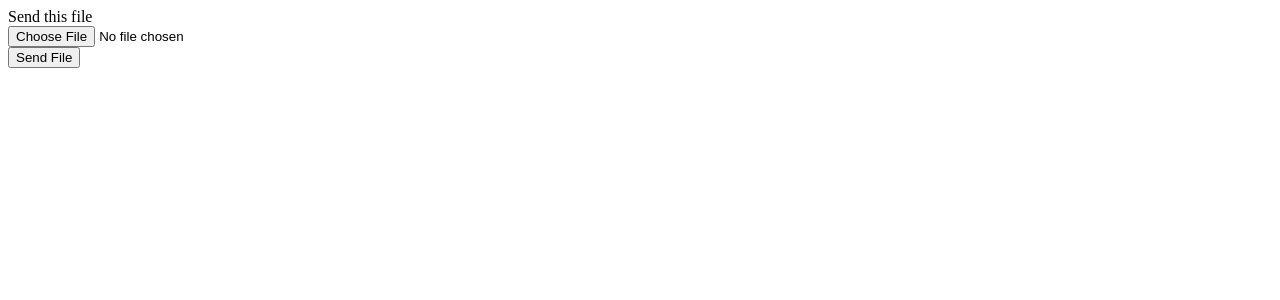
Repository: anhtu2110/backend
Page: http://localhost/backend/section-15-file/upload_files/index.php
An editor plug-in stored every save of this project. The page is shown before and after the next save, followed by the edit.
The browser window is 1280 px wide. The pictures show the whole page.
The page is run by PHP 8.4 with error messages shown; the project is at /var/www/html/.

Above is the page before, as saved 2022-12-12 17:06:06.

### section-15-file/upload_files/index.php
<!DOCTYPE html>
<html lang="en">

<head>
    <meta charset="UTF-8">
    <meta http-equiv="X-UA-Compatible" content="IE=edge">
    <meta name="viewport" content="width=device-width, initial-scale=1.0">
    <title>Tổng quan upload file lên server</title>
</head>

<body>
    <form action="upload.php" enctype="multipart/form-data" method="POST">
        <label for="file">Send this file</label> <br>
        <input type="file" name="file" id="file"> <br>
        <input type="submit" value="Send File">
    </form>
</body>

</html>

After the next save:
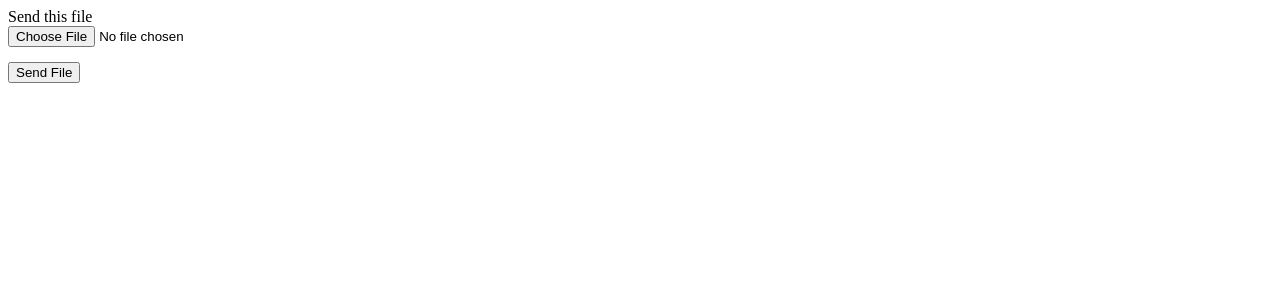
Saved 23 s later.
--- a/section-15-file/upload_files/index.php
+++ b/section-15-file/upload_files/index.php
@@ -9,6 +9,11 @@
 </head>
 
 <body>
+    <style>
+        input[type='file'] {
+            margin-bottom: 15px;
+        }
+    </style>
     <form action="upload.php" enctype="multipart/form-data" method="POST">
         <label for="file">Send this file</label> <br>
         <input type="file" name="file" id="file"> <br>
